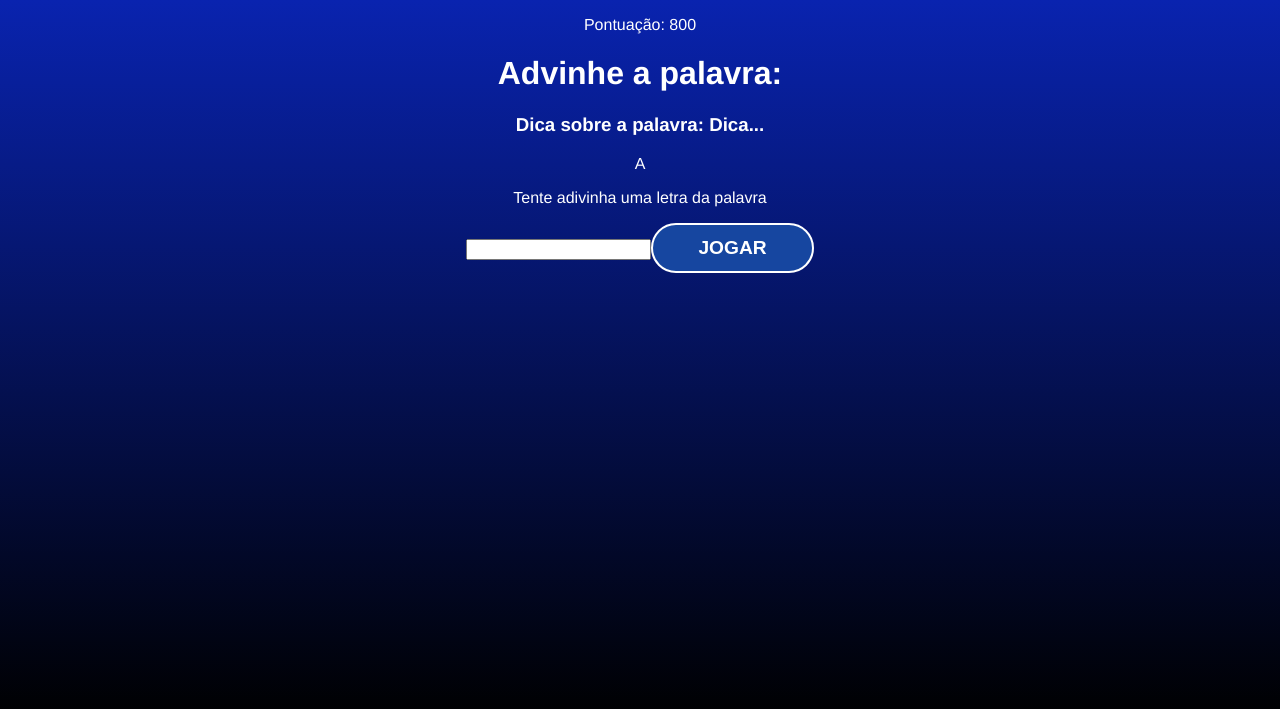
Repository: willamesalmeida/SecretWord
Page: /, after clicking the first element matching `button`
The author's editor kept a copy of each file at every save. The page is drawn from the files as they stood at one save, then again after a run of saves.
The browser window is 1280 px wide. The pictures show the whole page.
The project was rebuilt for these pictures with package versions that can differ from the ones it lists, and the page was loaded fresh each time. Also part of the build but not shown: src/Global.css, src/components/StartScreen.css, src/components/Game.css, src/components/GameOver.js.

Above is the page before, as saved 2022-10-03 16:52:46.

After the next 2 saves:
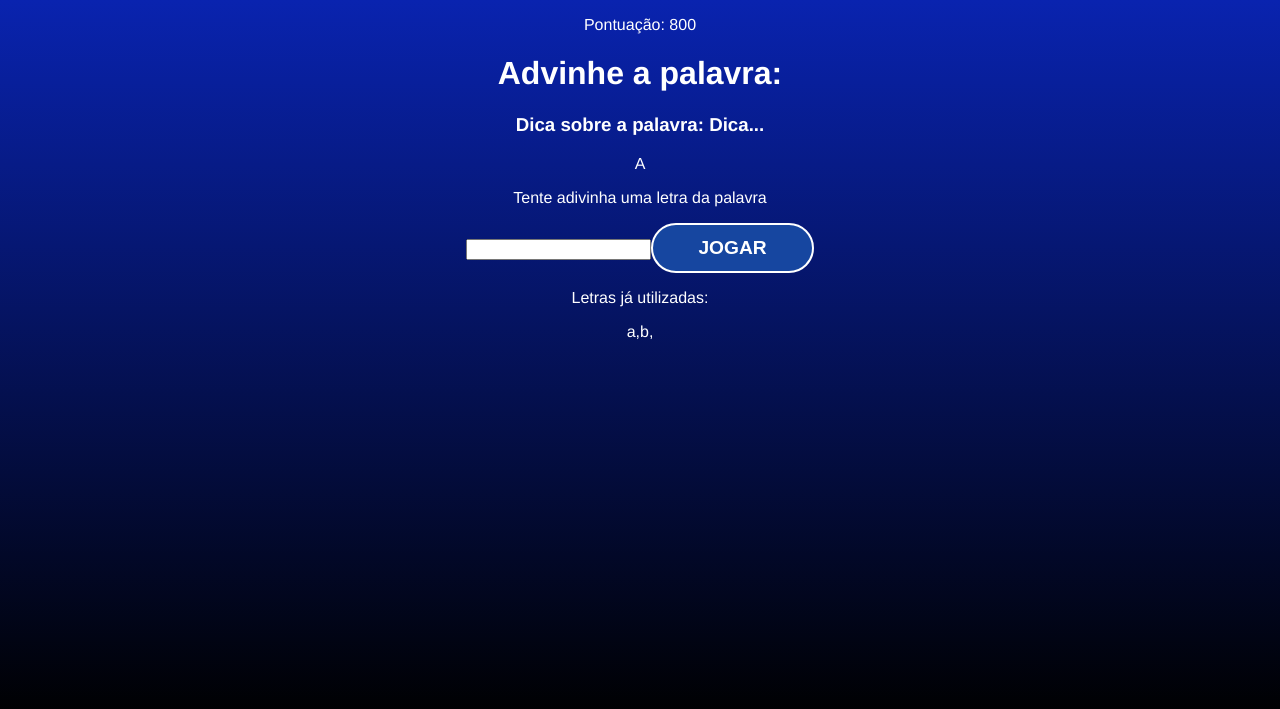
The 2 saves are shown as one change because they came seconds apart.
The last was saved 84 s later.
--- a/src/components/Game.js
+++ b/src/components/Game.js
@@ -21,6 +21,11 @@ const Game = ({verifyLetter}) => {
       <button>Jogar</button>
     </form>
   </div>
+  <div className="wrongLetterContainer">
+    <p>Letras já utilizadas:</p>
+    <span>a,</span>
+    <span>b,</span>
+  </div>
 </div>
   );
 };
